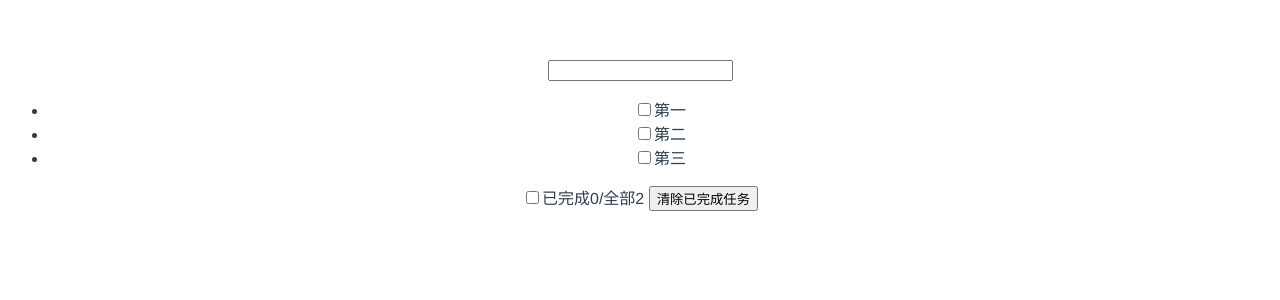
Repository: 13067902180/vue2.0study
Page: /
An editor plug-in stored every save of this project. The page is shown before and after the next save, followed by the edit.
The browser window is 1280 px wide. The pictures show the whole page.
The project was rebuilt for these pictures with package versions that can differ from the ones it lists, and the page was loaded fresh each time. Also part of the build but not shown: vue.config.js.

Above is the page before, as saved 2023-02-07 15:26:31.

After the next save:
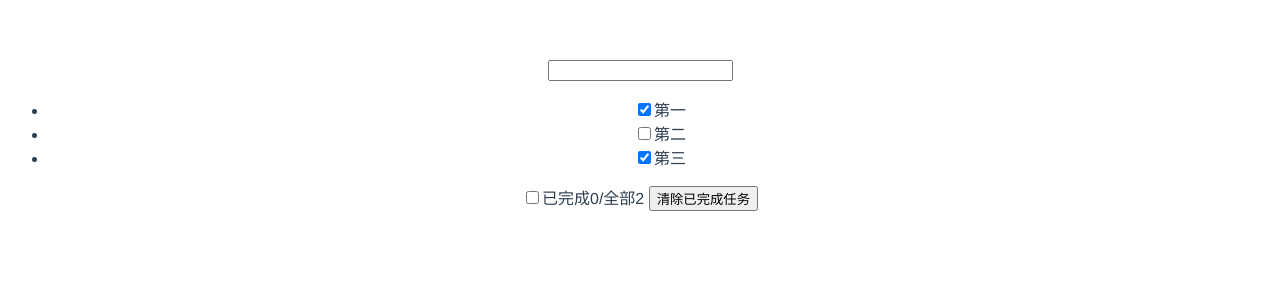
Saved 15 s later.
--- a/src/components/MyItem.vue
+++ b/src/components/MyItem.vue
@@ -1,7 +1,7 @@
 <template>
   <li>
     <label>
-      <input type="checkbox" :value="todo.done" />
+      <input type="checkbox" v-model="todo.done" />
       <span>{{ todo.title }}</span>
     </label>
     <button class="btn brn-danger" style="display: none">删除</button>
